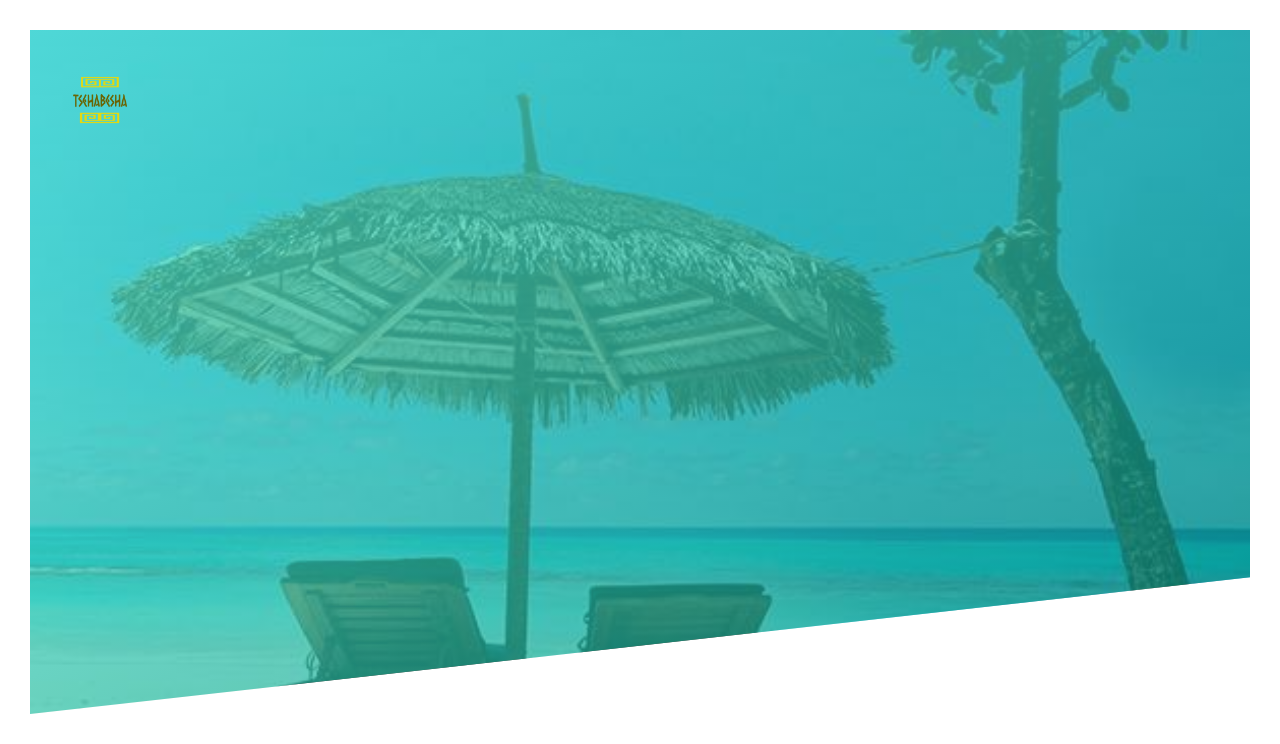
Repository: Azariagmt/tour-and-travel
Page: index.html
An editor plug-in stored every save of this project. The page is shown before and after a run of saves, followed by the edit.
The browser window is 1280 px wide. The pictures show the whole page.

Above is the page before, as saved 2020-03-24 16:54:20.

### index.html
<!DOCTYPE html>
<!--[if lt IE 7]>      <html class="no-js lt-ie9 lt-ie8 lt-ie7"> <![endif]-->
<!--[if IE 7]>         <html class="no-js lt-ie9 lt-ie8"> <![endif]-->
<!--[if IE 8]>         <html class="no-js lt-ie9"> <![endif]-->
<!--[if gt IE 8]><!--> <html class="no-js"> <!--<![endif]-->
    <head>
        <meta charset="utf-8">
        <meta http-equiv="X-UA-Compatible" content="IE=edge">
        <title></title>
        <meta name="description" content="">
        <meta name="viewport" content="width=device-width, initial-scale=1">
        <link href="https://fonts.googleapis.com/css?family=Lato&display=swap" rel="stylesheet">
        <link rel="stylesheet" href="css/style.css">
    </head>
    <body>
        <!--[if lt IE 7]>
            <p class="browsehappy">You are using an <strong>outdated</strong> browser. Please <a href="#">upgrade your browser</a> to improve your experience.</p>
        <![endif]-->
        <header class="header">
            <div class="logo-box">
                <img src="img/tsehabesha-logo.png" alt="Logo" class="logo">
            </div>
            <h1 class="heading-primary">
                <span class="heading-primary-main">

                </span>
                <span class="heading-primary-sub">

                </span>
            </h1>
        </header>
        <script src="" async defer></script>
    </body>
</html>

### css/style.css
* {
  margin: 0;
  padding: 0;
  box-sizing: border-box;
}

body {
  font-family: "Lato", sans-serif;
  font-weight: 400;
  font-size: 16px;
  line-height: 1.7;
  color: #777777;
  padding: 30px;
}

.header {
  height: 95vh;
  background-image: linear-gradient(to right bottom, #64ffdbb9, #00897bb9),
    url(../img/2.jpg);
  background-size: cover;
  background-position: top;
  clip-path: polygon(0 0, 100% 0, 100% 80%, 0% 100%);
  position: relative;
}

.logo-box {
  position: absolute;
  top: 40px;
  left: 40px;
}

.logo {
  height:60px;
}

.heading-primary{
    color:white;
    text-transform: uppercase;
}

.heading-primary-main{

}

.heading-primary-sub{

}

After the next 3 saves:
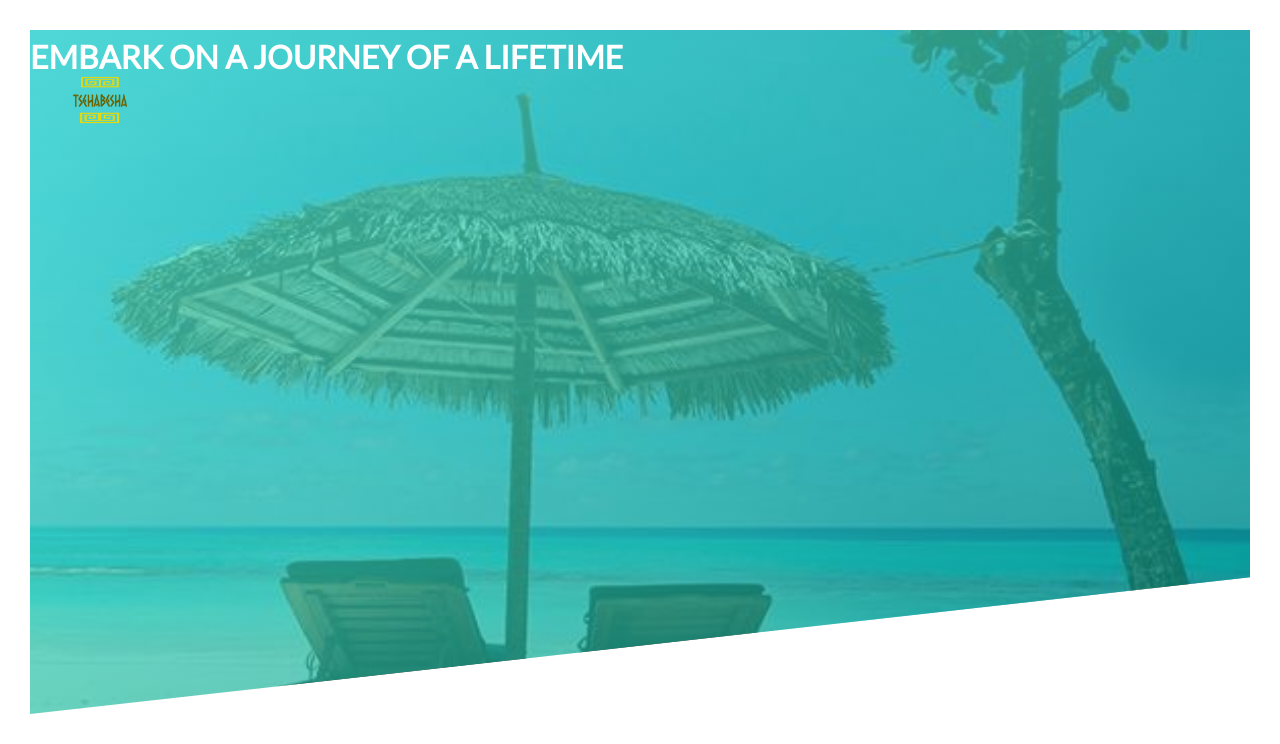
The 3 saves are shown as one change because they came seconds apart.
The last was saved 20 s later.
--- a/index.html
+++ b/index.html
@@ -22,7 +22,7 @@
             </div>
             <h1 class="heading-primary">
                 <span class="heading-primary-main">
-
+                    embark on a journey of a lifetime
                 </span>
                 <span class="heading-primary-sub">
 
